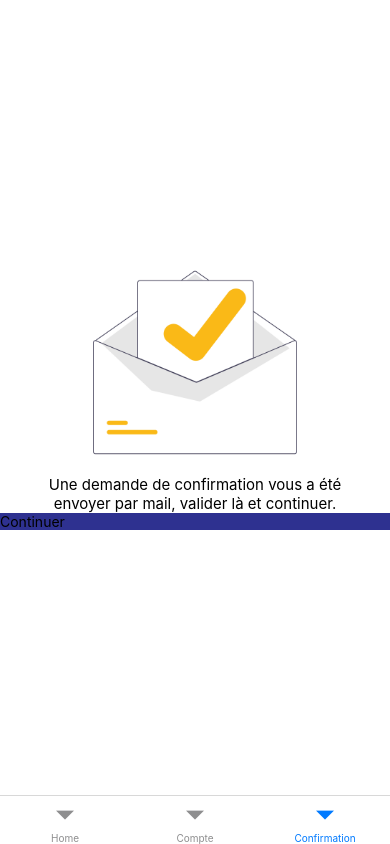
Repository: Norlan-20/Last-Afrilink
Screen: /Confirmation
The author's editor kept a copy of each file at every save. The screen is drawn from the files as they stood at one save, then again after the next save.
The app was drawn by React Native's web renderer in a window 390 px wide. The project was rebuilt for these pictures with package versions that can differ from the ones it lists, and the page was loaded fresh each time. Also part of the build but not shown: screen/User.js.

Above is the screen before, as saved 2021-09-24 22:18:00.

After the next save:
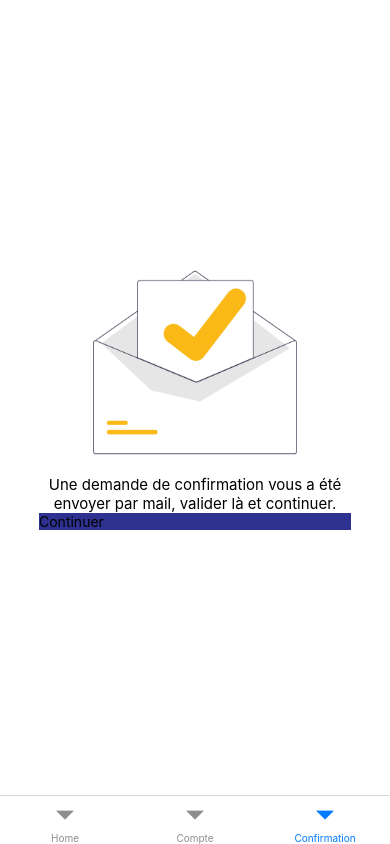
Saved 90 s later.
--- a/component/button.js
+++ b/component/button.js
@@ -7,7 +7,7 @@ const primary = '#2e3190';
 
 export const Continuer = () => {
     return(
-        <TouchableOpacity style={{ backgroundColor: primary, width: width }}>
+        <TouchableOpacity style={{ backgroundColor: primary, width: width - (width / 5) }}>
             <Text>Continuer</Text>
         </TouchableOpacity>
     );
